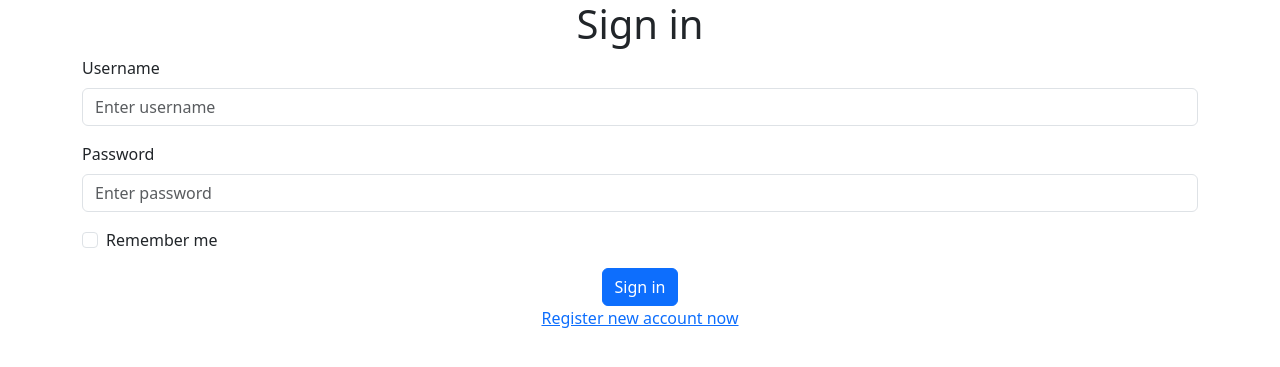
Repository: nguyenducviet22/my-project
Page: http://localhost/Test/signIn.jsp
These files come from the project's save history. The page is drawn as it stood at one moment and after the next save; the edit follows.
The browser window is 1280 px wide. The pictures show the whole page.
The page is served by Tomcat 9. Nobody is signed in. The application's start-up code is not run. Other server files are loaded and not shown.

Above is the page before, as saved 2023-03-17 02:02:56.

### Test/src/main/webapp/signIn.jsp
<%@ page language="java" contentType="text/html; charset=UTF-8"
	pageEncoding="UTF-8"%>
<%@ taglib prefix="c" uri="http://java.sun.com/jsp/jstl/core"%>
<!DOCTYPE html>
<html>
<head>
<meta charset="UTF-8">
<title>Log in</title>
<link
	href="https://cdn.jsdelivr.net/npm/bootstrap@5.3.0-alpha1/dist/css/bootstrap.min.css"
	rel="stylesheet"
	integrity="sha384-GLhlTQ8iRABdZLl6O3oVMWSktQOp6b7In1Zl3/Jr59b6EGGoI1aFkw7cmDA6j6gD"
	crossorigin="anonymous">
<script
	src="https://cdn.jsdelivr.net/npm/@popperjs/core@2.11.6/dist/umd/popper.min.js"
	integrity="sha384-oBqDVmMz9ATKxIep9tiCxS/Z9fNfEXiDAYTujMAeBAsjFuCZSmKbSSUnQlmh/jp3"
	crossorigin="anonymous"></script>
<script
	src="https://cdn.jsdelivr.net/npm/bootstrap@5.3.0-alpha1/dist/js/bootstrap.min.js"
	integrity="sha384-mQ93GR66B00ZXjt0YO5KlohRA5SY2XofN4zfuZxLkoj1gXtW8ANNCe9d5Y3eG5eD"
	crossorigin="anonymous"></script>
<style type="text/css">
.red {
	color: red;
}
</style>
</head>
<body>
	<div class="container">
		<form action="account-controller" method="post">
			<input type="hidden" name="act" value="sign-in">
			<div class="text-center">
				<h1>Sign in</h1>
			</div>
			<div class="text-center">
				<span class="red"> ${error } </span>
			</div>
			<div>
				<!-- Username -->
				<div class="mb-3">
					<label for="username" class="form-label">Username</label> <input
						type="text" class="form-control" id="username" name="user"
						required="required" placeholder="Enter username">
				</div>
				<!-- Password -->
				<div class="mb-3">
					<label for="password" class="form-label">Password</label> <input
						type="password" class="form-control" id="password" name="pass"
						required="required" placeholder="Enter password">
				</div>
				<!-- Remember me -->
				<div class="mb-3 form-check">
					<label class="form-check-label" for="rememberMe">Remember
						me</label><input type="checkbox" class="form-check-input" id="rememberMe"
						name="remember" value="remember">
				</div>
				<div class="text-center">
					<button type="submit" value="Sign in" class="btn btn-primary"
						id=signIn name="signIn">Sign in</button>
				</div>
				<div class="text-center">
					<a href="register.jsp">Register new account now</a>
				</div>
			</div>
		</form>
	</div>
</body>
</html>

After the next save:
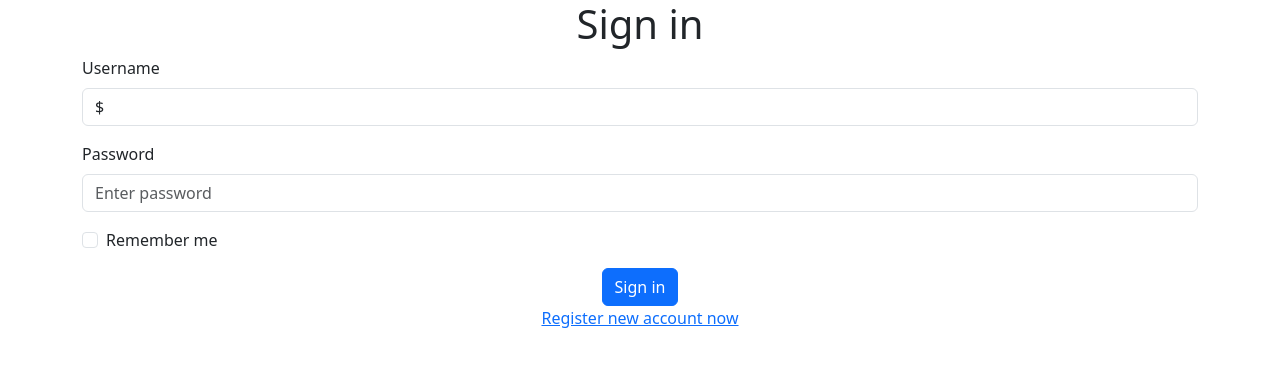
Saved 9 min 46 s later.
--- a/Test/src/main/webapp/signIn.jsp
+++ b/Test/src/main/webapp/signIn.jsp
@@ -40,7 +40,7 @@
 				<div class="mb-3">
 					<label for="username" class="form-label">Username</label> <input
 						type="text" class="form-control" id="username" name="user"
-						required="required" placeholder="Enter username">
+						required="required" placeholder="Enter username" value="$">
 				</div>
 				<!-- Password -->
 				<div class="mb-3">
